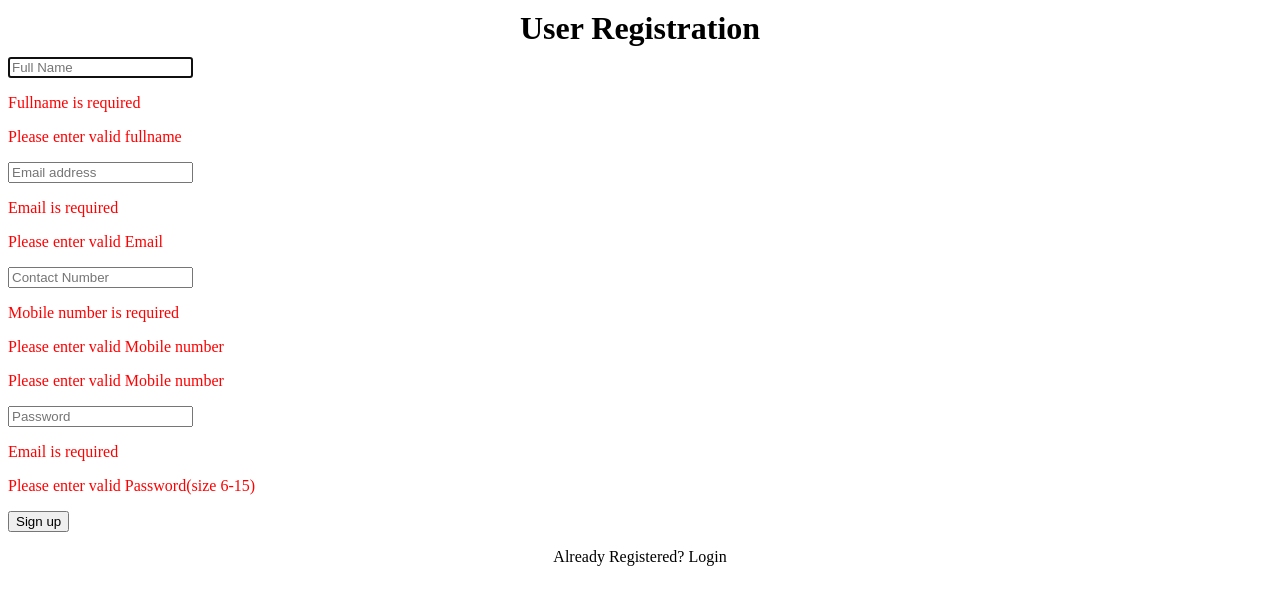
Repository: sagarpatil11/ToDo
Page: todo/src/main/webapp/templates/userregistration.html
An editor plug-in stored every save of this project. The page is shown before and after the next save, followed by the edit.
The browser window is 1280 px wide. The pictures show the whole page.

Above is the page before, as saved 2017-07-21 12:20:09.

### todo/src/main/webapp/templates/userregistration.html
<div class="container">
        <div class="card card-container">

            <h1 style="text-align: center;margin:10px">User Registration</h1>

            <form name="regform" class="form-signin" method="post">

            	<div class="form-group">
            		<input type="text" name="fullname" data-ng-model="fullname" data-ng-pattern="/^[a-zA-Z ]*$/" id="fullname" class="form-control" placeholder="Full Name" required autofocus>
                	<p><span data-ng-show="regform.fullname.$error.required && regform.fullname.$touched" style="color: red">Fullname is required</span></p>
               		 <p><span data-ng-show="regform.fullname.$error.pattern" style="color: red">Please enter valid fullname</span></p>
 				</div>

               	<div class="form-group">
                	<input type="email" name="email" data-ng-model="email" id="inputEmail" class="form-control" placeholder="Email address" required >
               		<p><span data-ng-show="regform.email.$error.required && regform.email.$touched" style="color: red">Email is required</span></p>
               		<p><span data-ng-show="regform.email.$error.email && regform.email.$touched" style="color: red">Please enter valid Email</span></p>
               	</div>

               	<div class="form-group">
                	<input type="text" name="mobile" data-ng-model="mobile" data-ng-pattern="/^[0-9]{10}$/" data-ng-minlength="10" data-ng-maxlength="10" id="mobile" class="form-control" placeholder="Contact Number" required >
               		<p><span data-ng-show="regform.mobile.$error.required && regform.mobile.$touched" style="color: red">Mobile number is required</span></p>
               		<p><span data-ng-show="regform.mobile.$error.minlength || regform.mobile.$error.maxlength" style="color: red">Please enter valid Mobile number</span></p>
               		<p><span data-ng-show="regform.mobile.$error.pattern" style="color: red">Please enter valid Mobile number</span></p>
               	</div>

               	<div class="form-group">
               		<input type="password" name="password" data-ng-model="password" data-ng-minlength="6" data-ng-maxlength="15" id="inputPassword" class="form-control" placeholder="Password" required>
                	<p><span data-ng-show="regform.password.$error.required && regform.password.$touched" style="color: red">Email is required</span></p>
               		<p><span data-ng-show="regform.password.$error.minlength || regform.password.$error.maxlength" style="color: red">Please enter valid Password(size 6-15)</span></p>
               	</div>

                <button class="btn btn-primary btn-block btn-signup" type="submit" data-ng-disabled="regform.$invalid" data-ng-click="signUp()">Sign up</button>

            </form>

            <p style="text-align: center;">Already Registered?<a ui-sref="login"> Login</a></p>
        </div>
</div>

After the next save:
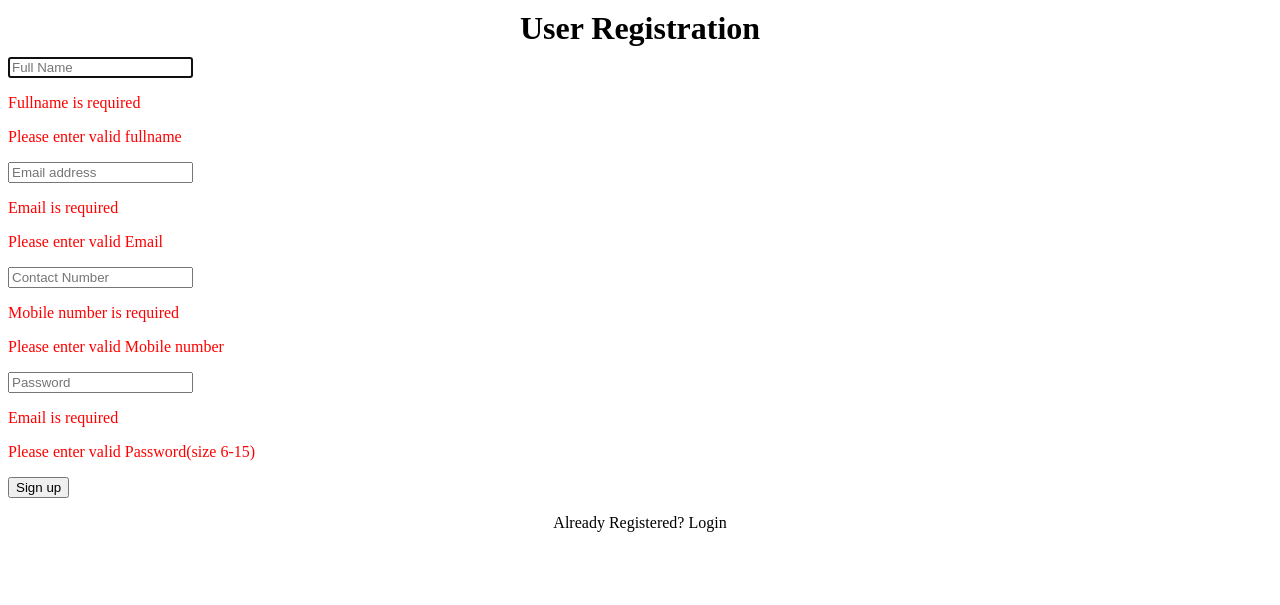
Saved 47 s later.
--- a/todo/src/main/webapp/templates/userregistration.html
+++ b/todo/src/main/webapp/templates/userregistration.html
@@ -20,7 +20,7 @@
                	<div class="form-group">
                 	<input type="text" name="mobile" data-ng-model="mobile" data-ng-pattern="/^[0-9]{10}$/" data-ng-minlength="10" data-ng-maxlength="10" id="mobile" class="form-control" placeholder="Contact Number" required >
                		<p><span data-ng-show="regform.mobile.$error.required && regform.mobile.$touched" style="color: red">Mobile number is required</span></p>
-               		<p><span data-ng-show="regform.mobile.$error.minlength || regform.mobile.$error.maxlength" style="color: red">Please enter valid Mobile number</span></p>
+               		<!-- <p><span data-ng-show="regform.mobile.$error.minlength || regform.mobile.$error.maxlength" style="color: red">Please enter valid Mobile number</span></p> -->
                		<p><span data-ng-show="regform.mobile.$error.pattern" style="color: red">Please enter valid Mobile number</span></p>
                	</div>
 
